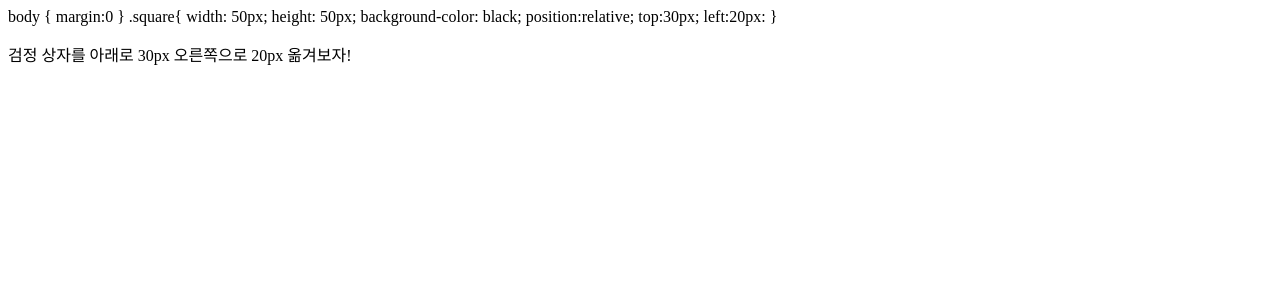
Repository: sunwoo711/sunwoo711.github.io
Page: 4_class/2.html
The author's editor kept a record of every edit. The page is drawn from the files as they stood at one moment, then again after the next edit.
The browser window is 1280 px wide. The pictures show the whole page.

Above is the page before.

After the next edit:
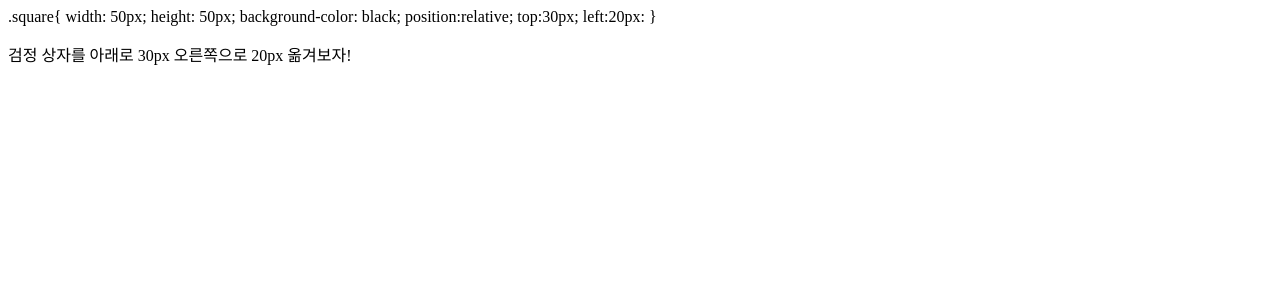
The edit:
--- a/4_class/2.html
+++ b/4_class/2.html
@@ -3,10 +3,7 @@
 <head>
     <meta charset="UTF-8">
     <title>Document</title>
-    <style></style>
-        body {
-            margin:0
-        }
+
         .square{
             width: 50px;
             height: 50px;
@@ -14,8 +11,9 @@
             position:relative;
             top:30px;
             left:20px:
-        }
-    </style>
+        }</style>
+
+
 </head>
 <body>
     <div class="square">
